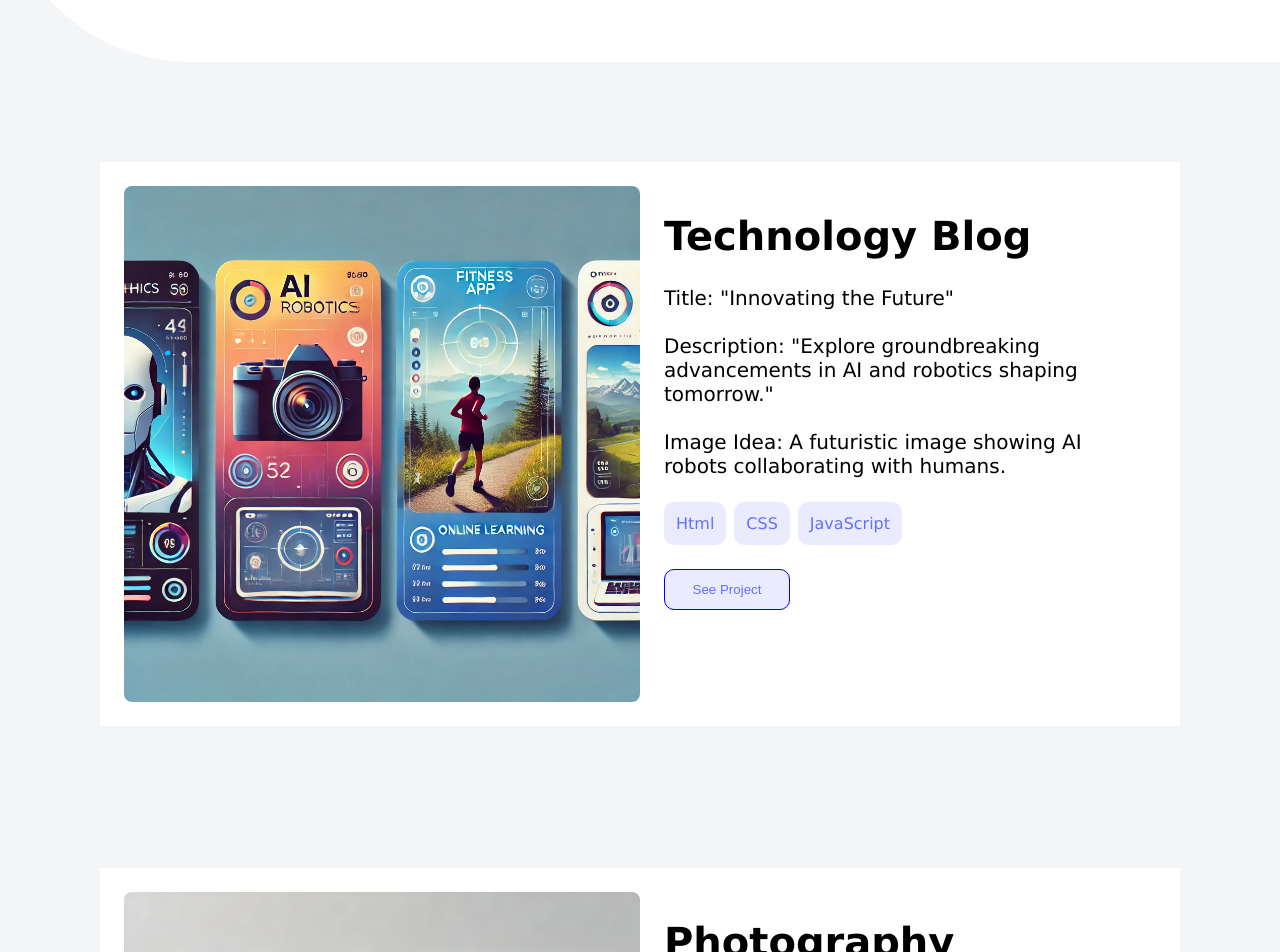
Repository: usman3123/portfolio-template-3
Page: portfolio.html
The author's editor kept a copy of each file at every save. The page is drawn from the files as they stood at one save, then again after the next save.
The browser window is 1280 px wide. The pictures show the part of the page from y = 784 to 1736 px (the page is 3568 px tall before and 3432 px after).
A picture or video elsewhere on the page could not be fetched, so the positions and the page height are approximate. Some web libraries are served in a nearby version.

Above is the page before, as saved 2025-01-25 00:33:40.

After the next save:
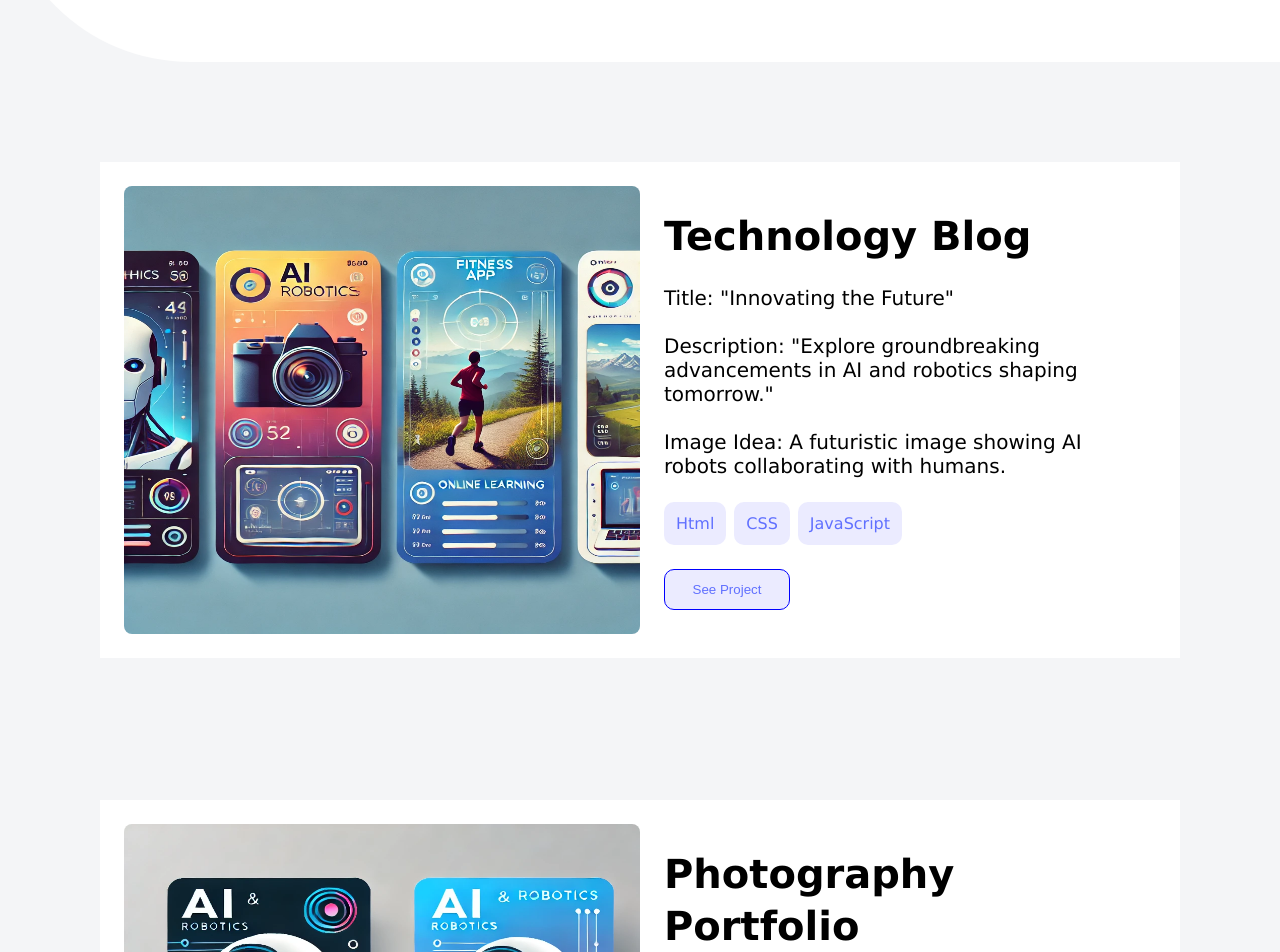
Saved 12 h 33 min later.
--- a/style.css
+++ b/style.css
@@ -118,6 +118,7 @@ body {
 .card {
     background-color: white;
     max-width: 1156px;
+    max-height: 496px;
     width: 100%;
     padding: 24px;
 }
